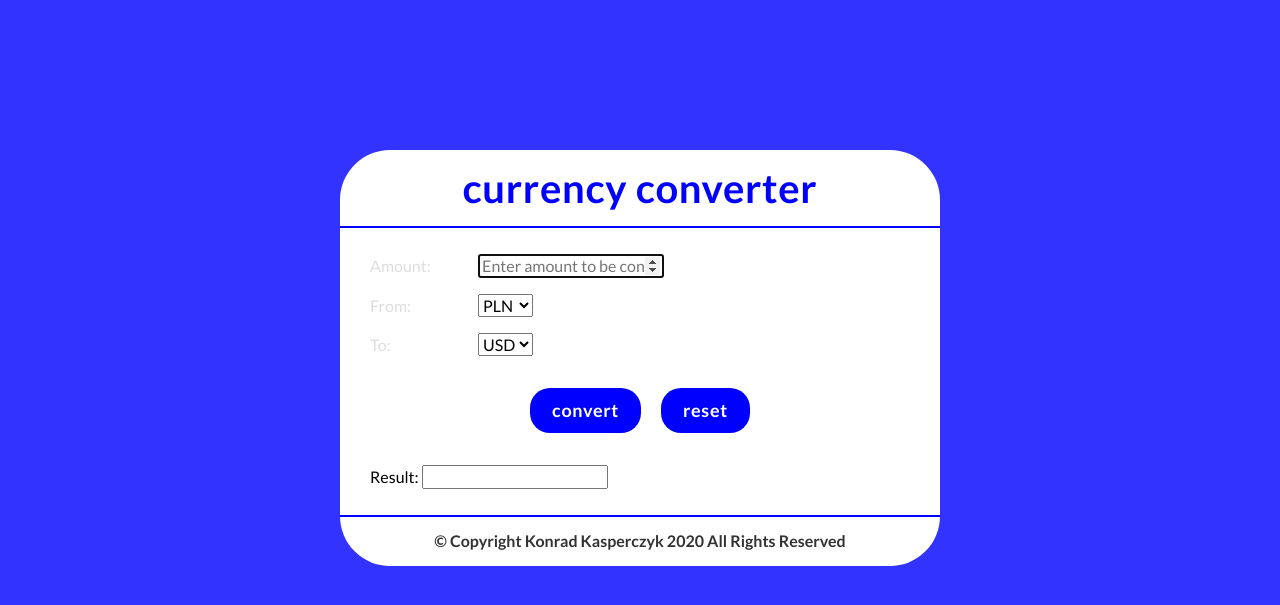
Repository: kkasperczyk/currency-converter
Page: index.html
These files come from the project's save history. The page is drawn as it stood at one moment and after a run of saves; the edit follows.
The browser window is 1280 px wide. The pictures show the whole page.

Above is the page before, as saved 2020-06-16 13:22:27.

### index.html
<!DOCTYPE html>
<html lang="en">

<head>
    <meta charset="UTF-8">
    <meta name="viewport" content="width=device-width, initial-scale=1.0">
    <link rel="stylesheet" href="https://cdnjs.cloudflare.com/ajax/libs/normalize/8.0.1/normalize.min.css"
        integrity="sha256-l85OmPOjvil/SOvVt3HnSSjzF1TUMyT9eV0c2BzEGzU=" crossorigin="anonymous" />
    <link rel="stylesheet" href="css/global.css">
    <link rel="stylesheet" href="css/container.css">
    <link rel="stylesheet" href="css/header.css">
    <link rel="stylesheet" href="css/main.css">
    <link rel="stylesheet" href="css/form.css">
    <link rel="stylesheet" href="css/footer.css">
    <script defer src="js/script.js"></script>
    <link href="https://fonts.googleapis.com/css2?family=Lato:ital,wght@0,400;0,700;1,400&display=swap"
        rel="stylesheet">
    <title>Currency Converter</title>
</head>

<body>
    <div class="container">
        <header class="header">
            <h1 class="header__title">Currency Converter
        </header>
        <main class="main">
            <form class="form js-form">
                <p>
                    <label>
                        <span class="form__labelText">Amount:</span>
                        <input class="form__amount js-form__amount" type="number" name="amount" min="1" step="any"
                            required placeholder="Enter amount to be converted">
                    </label>
                </p>
                <p>
                    <label>
                        <span class="form__labelText">From:</span>
                        <select class="js-convertFrom" required>
                            <option value="pln">PLN</option>
                            <option value="usd">USD</option>
                            <option value="gbp">GBP</option>
                            <option value="eur">EUR</option>
                            <option value="chf">CHF</option>
                        </select>
                    </label>
                </p>
                <p>
                    <label>
                        <span class="form__labelText">To:</span>
                        <select class="js-convertTo" required>
                            <option value="pln">PLN</option>
                            <option value="usd" selected>USD</option>
                            <option value="gbp">GBP</option>
                            <option value="eur">EUR</option>
                            <option value="chf">CHF</option>
                        </select>
                    </label>
                </p>
                <div class="form__buttons">
                    <p>
                        <button class="form__button js-form__button">Convert</button>
                    </p>
                    <p>
                        <button class="form__button" type="reset">Reset</button>
                    </p>
                </div>
                <p class="form__resultParagraph">
                    <label>
                        Result:
                        <input class="js-convertedValue" type="number" readonly>
                    </label>
                </p>
            </form>
        </main>
        <footer class="footer">
            <span>&copy Copyright Konrad Kasperczyk 2020 All Rights Reserved</span>
        </footer>
    </div>
</body>

</html>

### css/global.css
html {
  box-sizing: border-box;
}

*,
::after,
::before {
  box-sizing: inherit;
}

body {
  font-family: "Lato", sans-serif;
  background-color: hsl(240, 100%, 60%);
  padding: 0 10px;
}

### css/container.css
.container {
    max-width: 600px;
    margin: 0 auto;
    background-color: white;
    border-radius: 50px;
    margin-top: 150px;
}

### css/header.css
.header {
    text-align: center;
    border-bottom: 2px solid hsl(240, 100%, 50%);
}

.header__title {
    color: hsl(240, 100%, 50%);
    padding: 15px;
    font-size: 40px;
    letter-spacing: 0.7px;
    margin: 0;
    text-transform: lowercase;
}

### css/main.css
.main {
    background-color: white;
    padding: 10px 30px;
}

### css/form.css
.form__labelText {
    display: inline-block;
    width: 100px;
    margin-right: 5px;
    color: #ddd;
}

.form__buttons {
    display: flex;
    justify-content: center;
}

.form__button {
    margin: 0 10px;
    background-color: hsl(240, 100%, 50%);
    color: white;
    padding: 10px 20px;
    text-transform: lowercase;
    font-size: 18px;
    font-weight: bold;
    letter-spacing: 0.7px;
    border: 2px solid transparent;
    border-radius: 20px;
}

.form__button:hover {
    background-color: white;
    color: hsl(240, 100%, 50%);
    border: 2px solid hsl(240, 100%, 50%);
    cursor: pointer;
}

### css/footer.css
.footer {
    text-align: center;
    border-top: 2px solid hsl(240, 100%, 50%);
    color: #333;
    font-weight: bold;
    padding: 15px;
}

### js/script.js
console.log("Hi all developers! Nice to see you here.");

let amountField = document.querySelector(".js-form__amount");
let convertFromField = document.querySelector(".js-convertFrom");
let convertToField = document.querySelector(".js-convertTo");
let convertedValueField = document.querySelector(".js-convertedValue");
let submitButton = document.querySelector(".js-form__button");
let form = document.querySelector(".js-form");

amountField.focus();

form.addEventListener("submit", (event) => {
  event.preventDefault();

  let amount = amountField.value;
  let convertFrom = convertFromField.value;
  let convertTo = convertToField.value;
  let result;

  console.log(amount, convertFrom, convertTo);

  switch (convertFrom) {
    case "pln":
      switch (convertTo) {
        case "pln":
          result = amount * 1;
          convertedValueField.value = result.toFixed(2);
          break;
        case "eur":
          result = amount / 4.4278;
          convertedValueField.value = result.toFixed(2);
          break;
        case "usd":
          result = amount / 3.9058;
          convertedValueField.value = result.toFixed(2);
          break;
        case "gbp":
          result = amount / 4.9384;
          convertedValueField.value = result.toFixed(2);
          break;
        case "chf":
          result = amount / 4.1187;
          convertedValueField.value = result.toFixed(2);
          break;
      }
      break;
    case "eur":
      switch (convertTo) {
        case "pln":
          result = amount * 4.4278;
          convertedValueField.value = result.toFixed(2);
          break;
        case "eur":
          result = amount * 1;
          convertedValueField.value = result.toFixed(2);
          break;
        case "usd":
          result = amount * 1.1336;
          convertedValueField.value = result.toFixed(2);
          break;
        case "gbp":
          result = amount * 0.8966;
          convertedValueField.value = result.toFixed(2);
          break;
        case "chf":
          result = amount * 1.075;
          convertedValueField.value = result.toFixed(2);
          break;
      }
      break;
    case "usd":
      switch (convertTo) {
        case "pln":
          result = amount * 3.9058;
          convertedValueField.value = result.toFixed(2);
          break;
        case "eur":
          result = amount * 0.8821;
          convertedValueField.value = result.toFixed(2);
          break;
        case "usd":
          result = amount * 1;
          convertedValueField.value = result.toFixed(2);
          break;
        case "gbp":
          result = amount * 0.7909;
          convertedValueField.value = result.toFixed(2);
          break;
        case "chf":
          result = amount * 0.9483;
          convertedValueField.value = result.toFixed(2);
          break;
      }
      break;
    case "gbp":
      switch (convertTo) {
        case "pln":
          result = amount * 4.9384;
          convertedValueField.value = result.toFixed(2);
          break;
        case "eur":
          result = amount * 1.1153;
          convertedValueField.value = result.toFixed(2);
          break;
        case "usd":
          result = amount * 1.2644;
          convertedValueField.value = result.toFixed(2);
          break;
        case "gbp":
          result = amount * 1;
          convertedValueField.value = result.toFixed(2);
          break;
        case "chf":
          result = amount * 1.199;
          convertedValueField.value = result.toFixed(2);
          break;
      }
      break;
    case "chf":
      switch (convertTo) {
        case "pln":
          result = amount * 4.1187;
          convertedValueField.value = result.toFixed(2);
          break;
        case "eur":
          result = amount * 0.9302;
          convertedValueField.value = result.toFixed(2);
          break;
        case "usd":
          result = amount * 1.0545;
          convertedValueField.value = result.toFixed(2);
          break;
        case "gbp":
          result = amount * 0.834;
          convertedValueField.value = result.toFixed(2);
          break;
        case "chf":
          result = amount * 1;
          convertedValueField.value = result.toFixed(2);
          break;
      }
      break;
  }
});

After the next 3 saves:
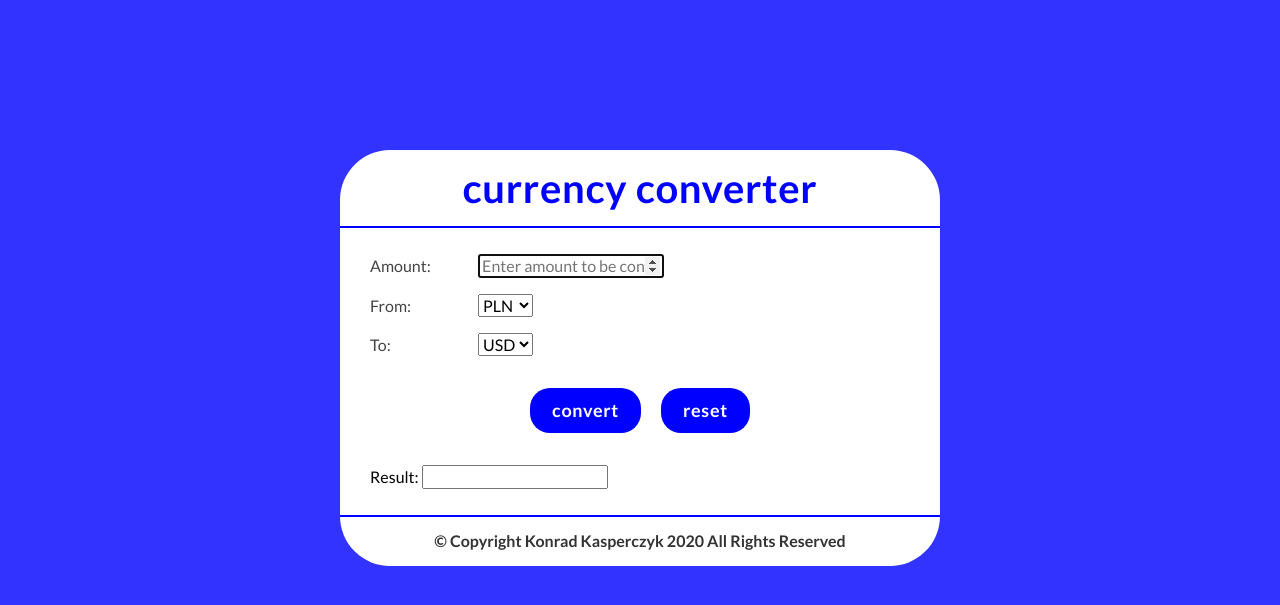
The 3 saves are shown as one change because they came seconds apart.
The last was saved 9 s later.
--- a/css/form.css
+++ b/css/form.css
@@ -2,7 +2,7 @@
     display: inline-block;
     width: 100px;
     margin-right: 5px;
-    color: #ddd;
+    color: #444;
 }
 
 .form__buttons {
